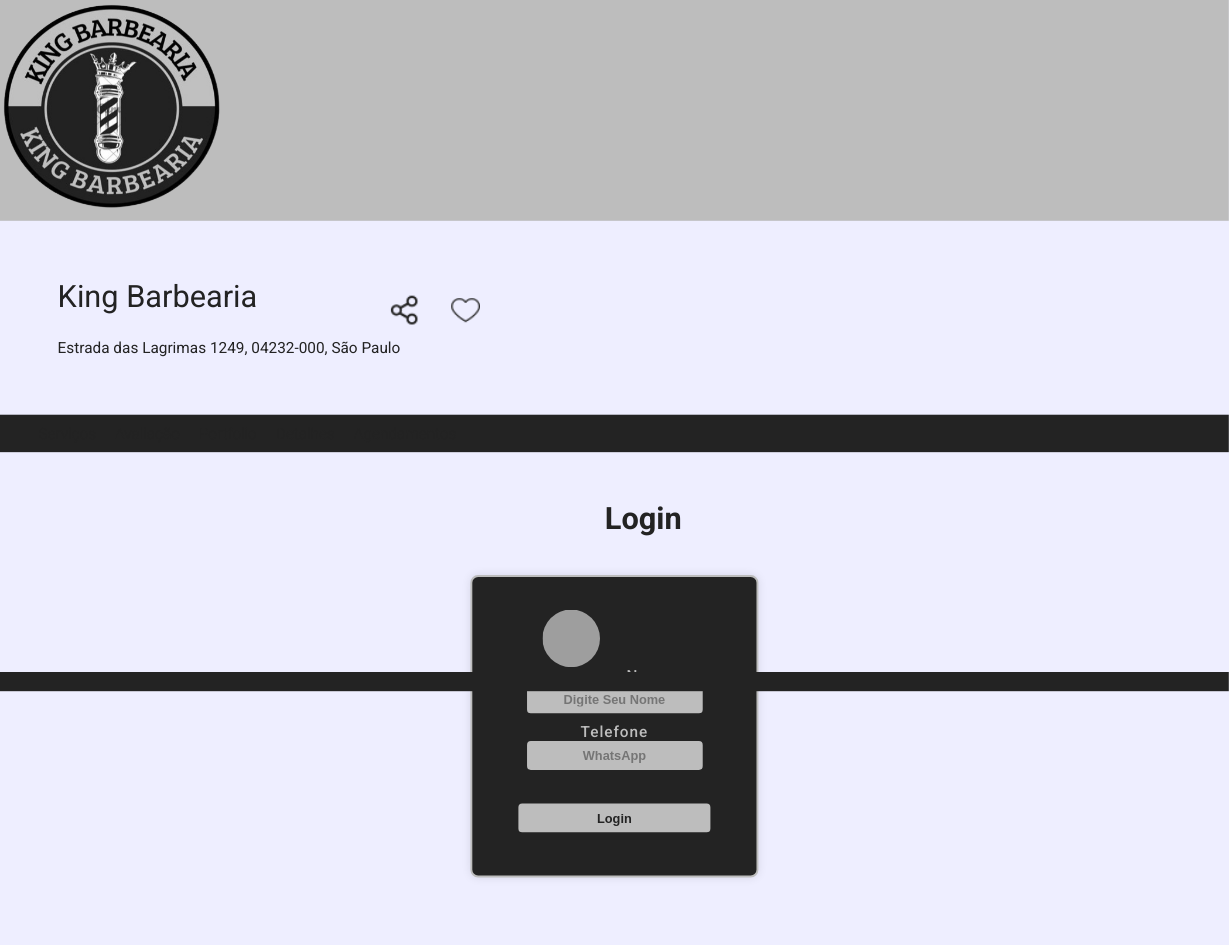
Repository: king-barbearia/king-barbearia-agendamento
Page: login.html
The author's editor kept a copy of each file at every save. The page is drawn from the files as they stood at one save, then again after a run of saves.
The browser window is 1280 px wide. The pictures show the whole page, at 96% of full size.
Pictures or frames that could not be fetched are drawn as grey boxes.

Above is the page before, as saved 2024-07-17 19:19:40.

After the next 2 saves:
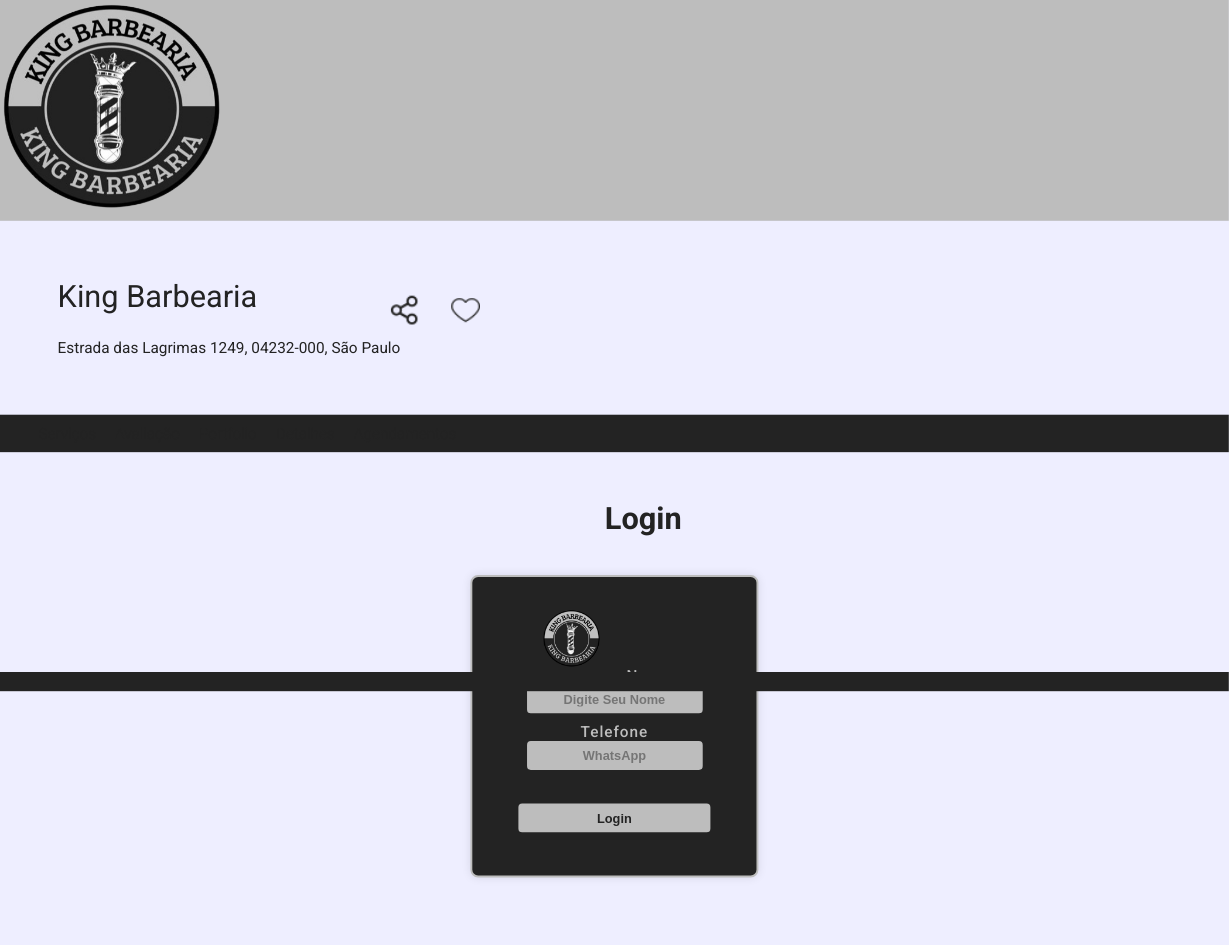
The 2 saves are shown as one change because they came seconds apart.
The last was saved 6 s later.
--- a/login.html
+++ b/login.html
@@ -101,7 +101,7 @@
       <div class="login">
         <!-- Formulário de login -->
         <form id="loginForm" onsubmit="loginUser(event)">
-          <img src="./images/k" alt="">
+          <img src="./images/kinkbarbearia-removebg-preview.png" alt="" />
           <span>Nome</span>
           <input
             type="text"
